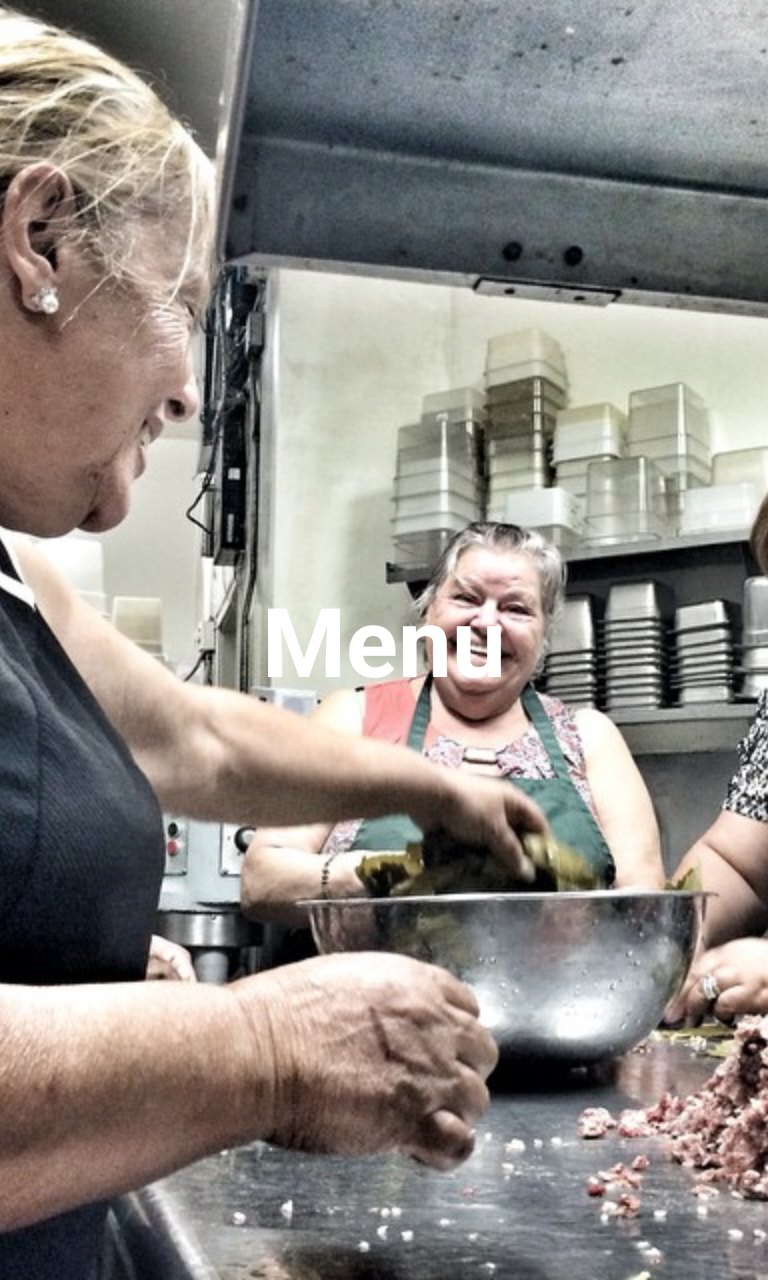
Repository: cpoole/itp341
Layout: Final.Project.poole.connor/res/layout/parallax_header.xml
An editor plug-in stored every save of this project. The layout is shown before and after the next save, followed by the edit.
It is drawn on a 768 x 1280 px phone screen (xhdpi) without system bars, with theme AppTheme; the app's code is not run. The app's manifest (not shown) leaves right-to-left support off. So textAlignment, textDirection and layoutDirection are ignored, and left and right values win over start and end ones.

Above is the layout before, as saved 2014-12-12 07:49:06.

After the next save:
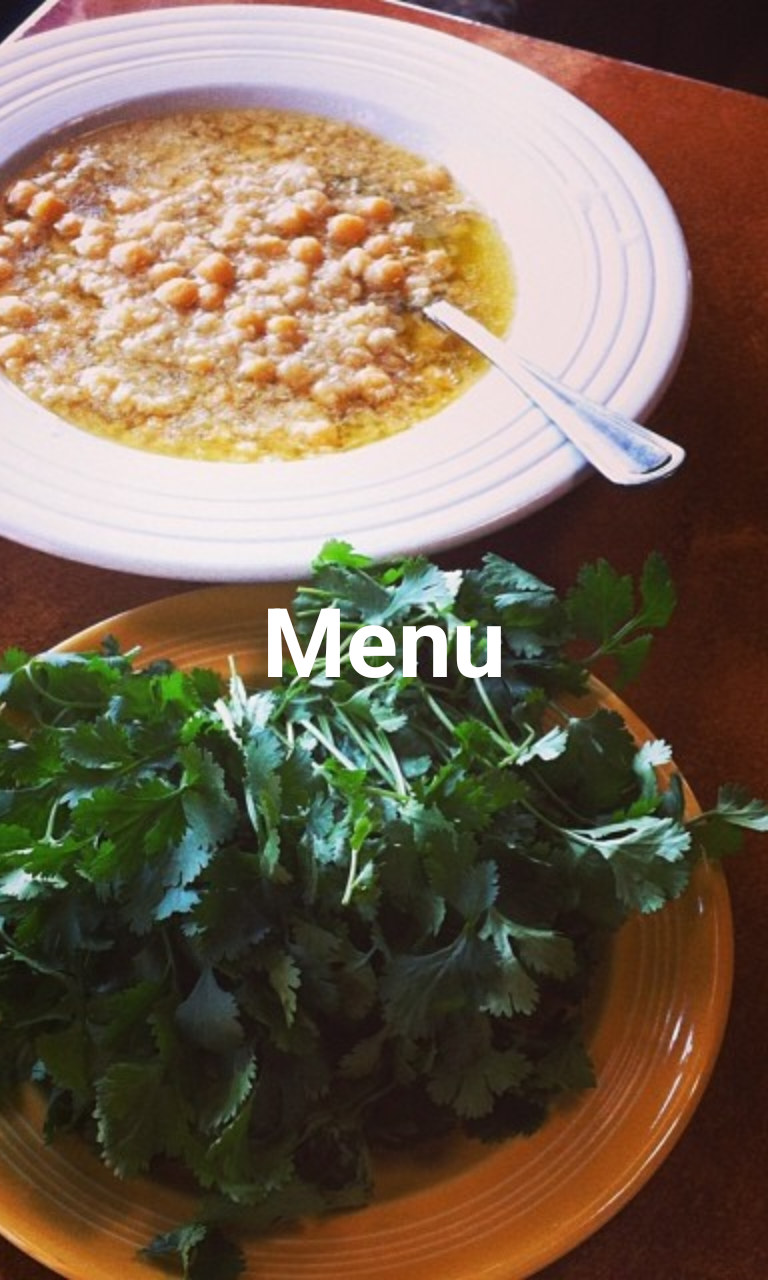
Saved 46 min 31 s later.
--- a/Final.Project.poole.connor/res/layout/parallax_header.xml
+++ b/Final.Project.poole.connor/res/layout/parallax_header.xml
@@ -11,7 +11,7 @@
         android:layout_alignParentRight="true"
         android:layout_alignParentEnd="true"
         android:layout_centerHorizontal="true"
-        android:src="@drawable/bg3"
+        android:src="@drawable/header"
         android:scaleType="centerCrop" />
     <TextView
         android:layout_height="wrap_content"
